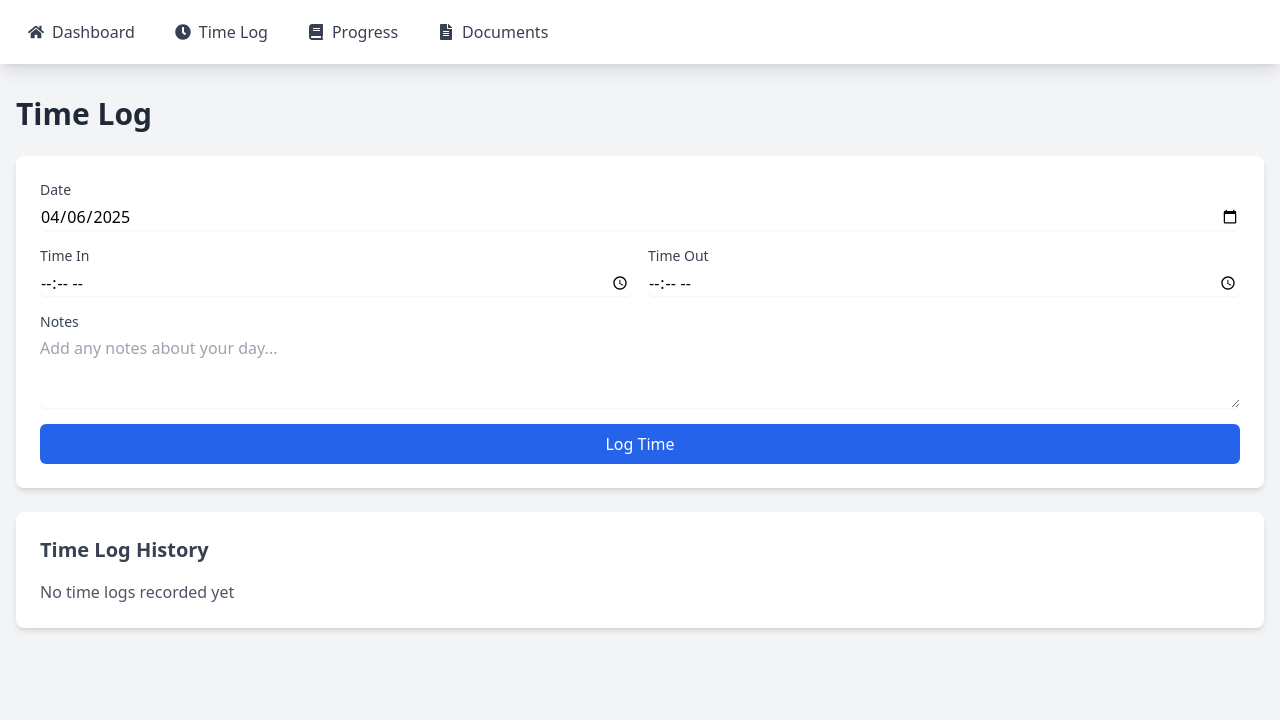
Repository: Shin-da/ojt-tracking-system
Page: /time-log
The author's editor kept a copy of each file at every save. The page is drawn from the files as they stood at one save, then again after the next save.
The browser window is 1280 px wide. The pictures show the whole page.
The project was rebuilt for these pictures with package versions that can differ from the ones it lists, and the page was loaded fresh each time. Also part of the build but not shown: vite.config.js, src/pages/Dashboard.jsx, src/pages/Progress.jsx, src/pages/Documents.jsx.

Above is the page before, as saved 2025-04-06 17:12:07.

After the next save:
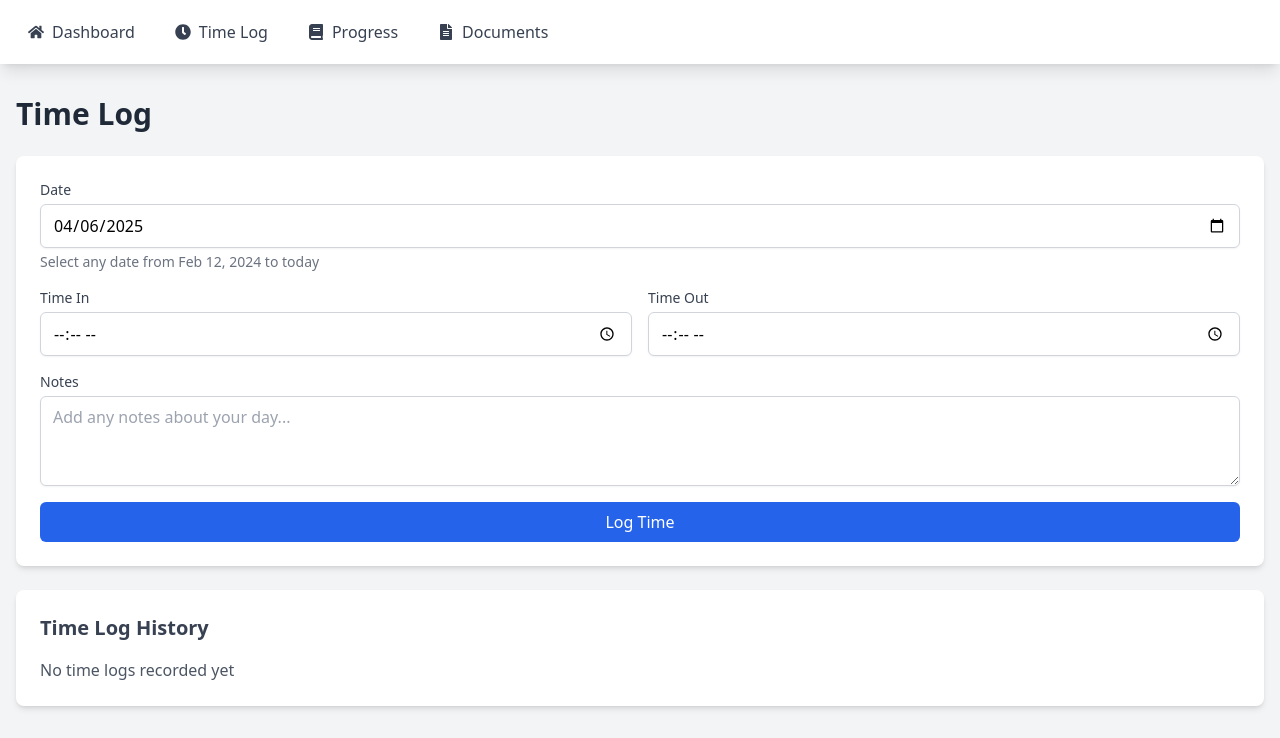
Saved 3 min 49 s later.
--- a/src/pages/TimeLog.jsx
+++ b/src/pages/TimeLog.jsx
@@ -72,12 +72,14 @@ const TimeLog = () => {
             <input
               type="date"
               name="date"
-              className="mt-1 block w-full rounded-md border-gray-300 shadow-sm focus:border-blue-500 focus:ring-blue-500"
+              className="mt-1 block w-full px-3 py-2 bg-white border border-gray-300 rounded-md shadow-sm focus:outline-none focus:ring-blue-500 focus:border-blue-500"
               value={currentLog.date}
               onChange={handleChange}
-              min={OJT_START_DATE}
+              min="2024-02-12"
               max={format(new Date(), 'yyyy-MM-dd')}
+              style={{ colorScheme: 'light' }}
             />
+            <p className="mt-1 text-sm text-gray-500">Select any date from Feb 12, 2024 to today</p>
           </div>
 
           <div className="grid grid-cols-1 md:grid-cols-2 gap-4">
@@ -86,7 +88,7 @@ const TimeLog = () => {
               <input
                 type="time"
                 name="timeIn"
-                className="mt-1 block w-full rounded-md border-gray-300 shadow-sm focus:border-blue-500 focus:ring-blue-500"
+                className="mt-1 block w-full px-3 py-2 bg-white border border-gray-300 rounded-md shadow-sm focus:outline-none focus:ring-blue-500 focus:border-blue-500"
                 value={currentLog.timeIn}
                 onChange={handleChange}
                 required
@@ -98,7 +100,7 @@ const TimeLog = () => {
               <input
                 type="time"
                 name="timeOut"
-                className="mt-1 block w-full rounded-md border-gray-300 shadow-sm focus:border-blue-500 focus:ring-blue-500"
+                className="mt-1 block w-full px-3 py-2 bg-white border border-gray-300 rounded-md shadow-sm focus:outline-none focus:ring-blue-500 focus:border-blue-500"
                 value={currentLog.timeOut}
                 onChange={handleChange}
                 required
@@ -110,7 +112,7 @@ const TimeLog = () => {
             <label className="block text-sm font-medium text-gray-700">Notes</label>
             <textarea
               name="notes"
-              className="mt-1 block w-full rounded-md border-gray-300 shadow-sm focus:border-blue-500 focus:ring-blue-500"
+              className="mt-1 block w-full px-3 py-2 bg-white border border-gray-300 rounded-md shadow-sm focus:outline-none focus:ring-blue-500 focus:border-blue-500"
               rows={3}
               value={currentLog.notes}
               onChange={handleChange}
